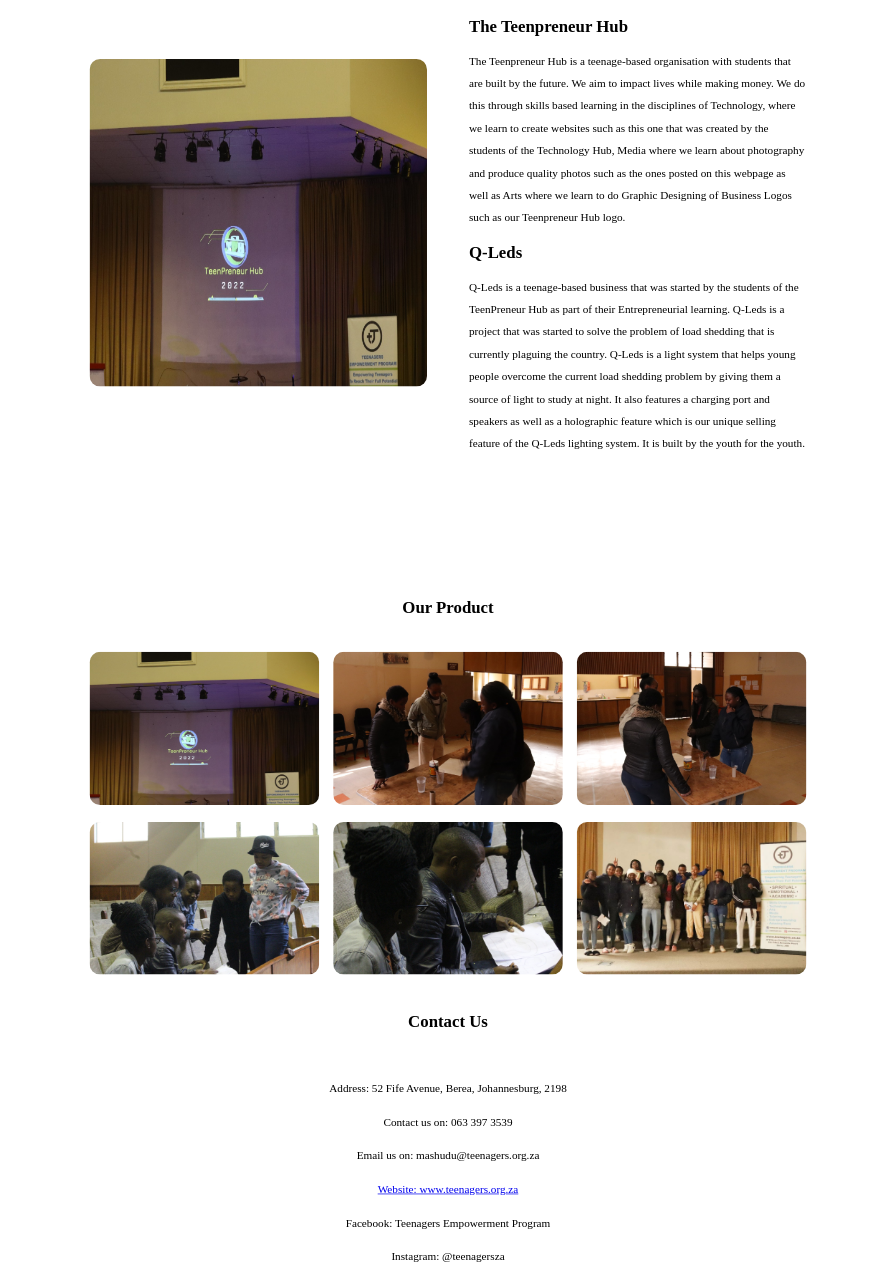
Repository: chadrackkyungu/4-BCT-TPH-Website
Page: index.html
These files come from the project's save history. The page is drawn as it stood at one moment and after the next save; the edit follows.
The browser window is 1280 px wide. The pictures show the part of the page from y = 1063 to 2983 px (the page is 2890 px tall before and 2983 px after), at 70% of full size.

Above is the page before, as saved 2022-10-21 09:32:15.

### index.html
<!DOCTYPE html>
<html lang="en">

<head>
    <meta charset="UTF-8">
    <meta http-equiv="X-UA-Compatible" content="IE=edge">
    <meta name="viewport" content="width=device-width, initial-scale=1.0">
    <title> TPH LAB </title>
    <link rel="stylesheet" href="/src/css/style.css">
</head>

<body>

    <div class="navigation">
        <div class="logocontainer">
            <img class="image1" src="./src/images/logo.png" alt="">
        </div>

        <ul class="nav-link">
            <a href="#about">
                <li>About</li>
            </a>
            <a href="#product">
                <li>Our Product</li>
            </a>
            <a href="#contact">
                <li>Contact Us</li>
            </a>
        </ul>
    </div>

    <div class="section1">
        <h2 class="title"> TEEN PRENEUR HUB 2022</h2>

        <div class="image-container">
            <img src="./src/images/img-2.jpeg" alt="">
        </div>
    </div>

    <div class="section1">
        <a id="about">
            <h2 class="title"> About Us</h2>
        </a>

        <div class="aboutcontainer">
            <div class="image-container">
                <img src="./src/images/img-4.jpeg" alt="">
            </div>


            <div class="contentcontainer">
                <h2>The Teenpreneur Hub</h2>

                <p>The Teenpreneur Hub is a teenage-based organisation with students that are built by the future. We aim to impact lives while making money. We do this through skills based learning in the disciplines of Technology, where we learn to create
                    websites such as this one that was created by the students of the Technology Hub, Media where we learn about photography and produce quality photos such as the ones posted on this webpage as well as Arts where we learn to do Graphic
                    Designing of Business Logos such as our Teenpreneur Hub logo.</p>

                <h2>Q-Leds</h2>

                <p>Q-Leds is a teenage-based business that was started by the students of the TeenPreneur Hub as part of their Entrepreneurial learning. Q-Leds is a project that was started to solve the problem of load shedding that is currently plaguing
                    the country. Q-Leds is a light system that helps young people overcome the current load shedding problem by giving them a source of light to study at night. It also features a charging port and speakers as well as a holographic feature
                    which is our unique selling feature of the Q-Leds lighting system. It is built by the youth for the youth.
                </p>

            </div>

        </div>
    </div>

    <div class="section1">
        <a id="product">
            <h2 class="title">Our Product</h2>
        </a>


        <div class="productcontainer">
            <div class="prductimagecontainer">
                <img src="./src/images/img-4.jpeg" alt="">
            </div>
            <div class="prductimagecontainer">
                <img src="./src/images/img-5.jpeg" alt="">
            </div>
            <div class="prductimagecontainer">
                <img src="./src/images/img-6.jpeg" alt="">
            </div>
            <div class="prductimagecontainer">
                <img src="./src/images/img-7.jpeg" alt="">
            </div>
            <div class="prductimagecontainer">
                <img src="./src/images/img-8.jpeg" alt="">
            </div>
            <div class="prductimagecontainer">
                <img src="./src/images/img-9.jpeg" alt="">
            </div>

        </div>
    </div>

    <div class="section1">
        <a id="contact">
            <h2 class="title"> Contact Us</h2>
        </a>

        <div class="contactcontainer">
            <div class="contactcontent">
                <P>Address: 52 Fife Avenue, Berea, Johannesburg, 2198</P>
                <p>Contact us on: 063 397 3539</p>
                <p>Email us on: mashudu@teenagers.org.za</p>
                <p><a href="https://teenagers.org.za/" target=" "> Website: www.teenagers.org.za </a></p>
                <p>Facebook: Teenagers Empowerment Program</p>
                <p>Instagram: @teenagersza</p>
            </div>
        </div>
    </div>

    <div class="nav-link"> </div>
</body>
<html>

### src/css/style.css
html,
body {
    box-sizing: 0;
    margin: 0;
    padding: 0;
}

p {
    line-height: 2em;
}


/* NAVBAR */

.navigation {
    background-color: #509e2e;
    display: flex;
    justify-content: space-around;
    align-items: center;
}

.image1 {
    width: 100px;
}

.nav-link {
    display: flex;
}

.nav-link li {
    list-style-type: none;
    padding: 5px;
    color: white;
}

.nav-link a {
    text-decoration: none !important;
}


/* SECTION 1 */

.section1 {
    width: 80%;
    margin: 0 auto;
}

img {
    border-radius: 15px;
}

.title {
    text-align: center;
    margin-bottom: 50px;
    margin-top: 50px;
}

.image-container {
    width: 100%;
    height: 100vh;
}

.image-container img {
    width: 100%;
    height: 65% !important;
}

.aboutcontainer {
    display: flex;
    justify-content: space-between;
    /* align-items: center; */
    /* border: 5px solid red; */
}

.aboutcontainer .image-container {
    margin-top: 5em;
}

.contentcontainer {
    margin-left: 60px;
    width: 100%;
    /* border: 5px solid #00ff2a; */
}

.productcontainer {
    display: grid;
    grid-template-columns: 1fr 1fr 1fr;
    gap: 20px;
}

.prductimagecontainer {
    width: 100%;
}

.prductimagecontainer img {
    width: 100%;
}

.contactcontainer {
    display: flex;
    justify-content: center;
    align-items: center;
}

.contactcontent {
    margin: auto 0;
    text-align: center;
}

.logocontainer {
    width: 10%;
}

.logocontainer img {
    width: 50%;
    border-radius: 100%;
}

After the next save:
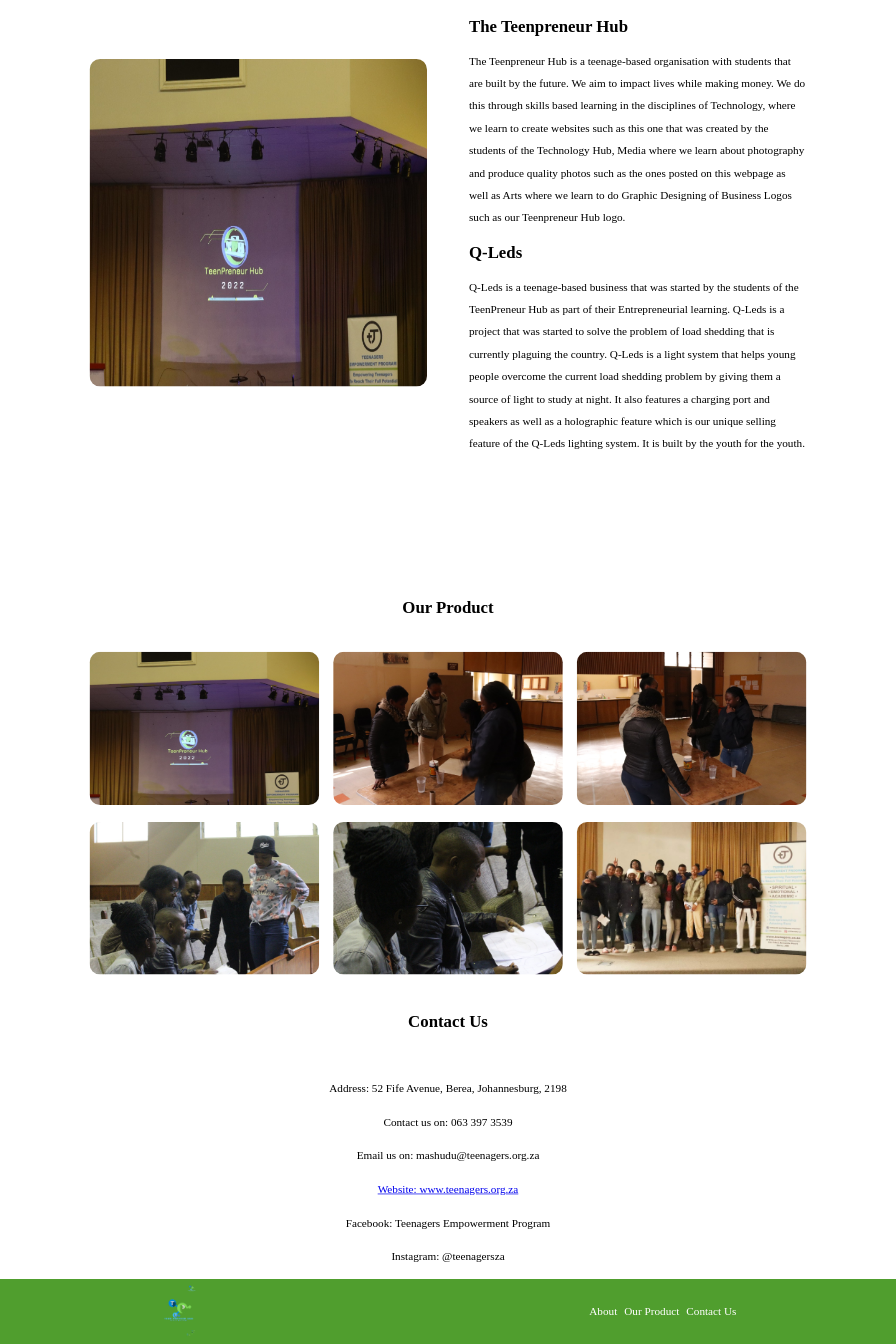
Saved 76 s later.
--- a/index.html
+++ b/index.html
@@ -113,6 +113,22 @@
         </div>
     </div>
 
-    <div class="nav-link"> </div>
+    <div class="navigation">
+        <div class="logocontainer">
+            <img class="image1" src="./src/images/logo.png" alt="">
+        </div>
+
+        <ul class="nav-link">
+            <a href="#about">
+                <li>About</li>
+            </a>
+            <a href="#product">
+                <li>Our Product</li>
+            </a>
+            <a href="#contact">
+                <li>Contact Us</li>
+            </a>
+        </ul>
+    </div>
 </body>
 <html>
